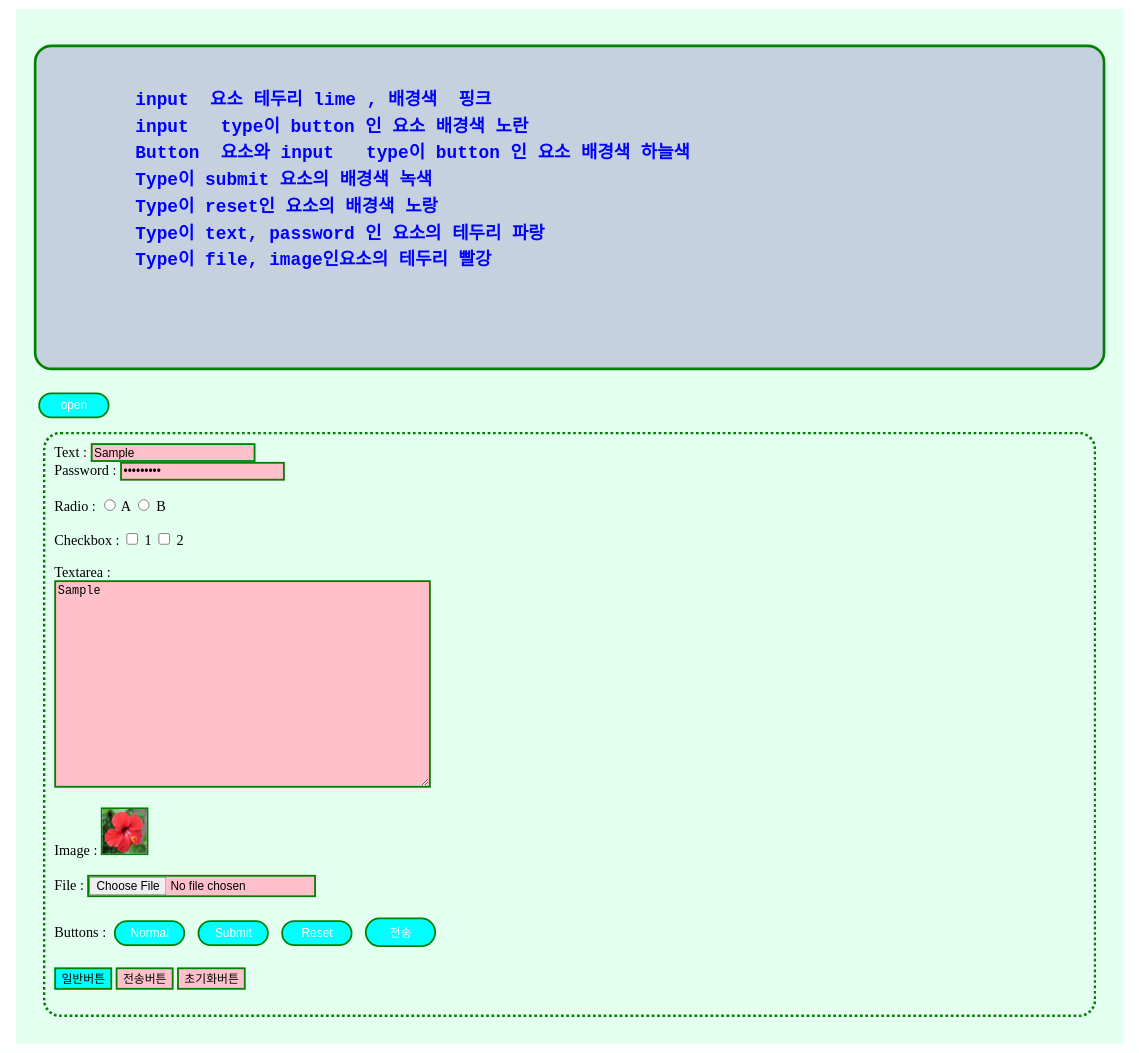
Repository: ypyp0205/jquery
Page: jqpro/WebContent/0211/선택자_form.html
The author's editor kept a copy of each file at every save. The page is drawn from the files as they stood at one save, then again after the next save.
The browser window is 1280 px wide. The pictures show the whole page, at 89% of full size.
Empty fields were first filled with sample values (such as "Sample", 5 or name@example.com).
After loading, the first visible `#btn1` was clicked once.

Above is the page before, as saved 2020-02-11 06:02:29.

### jqpro/WebContent/0211/선택자_form.html
<!DOCTYPE html>
<html>
<head>
<meta charset="UTF-8">
<title>Insert title here</title>
<link rel="stylesheet" href="../CSS/mystyle.css">
<script src="../js/jquery-3.4.1.min.js" type="text/javascript"></script>

<script type="text/javascript">
	$(function(){
		$('#btn1').on('click', function(){

			// input  요소 테두리 lime , 배경색  핑크
				$(':input').css('border', '2px solid green')
					   .css('background', 'pink');

			// input type이 button 인 요소 배경색 노란
				$('input:button').css('background', 'yellow');


			// Button 요소와 input type이 button 인 요소 배경색 하늘색
				$(':button').css('background', 'cyan');


			// Type이 submit 요소의 배경색 녹색



			// Type이 reset인 요소의 배경색 노랑



			// Type이 text, password 인 요소의 테두리 파랑



			// Type이 file, image인요소의 테두리 빨강





		})
	})
</script>
</head>
<body>

	<div class="box">
		<h2></h2>
		<pre>

	input  요소 테두리 lime , 배경색  핑크
	input   type이 button 인 요소 배경색 노란
	Button  요소와 input   type이 button 인 요소 배경색 하늘색
	Type이 submit 요소의 배경색 녹색
	Type이 reset인 요소의 배경색 노랑
	Type이 text, password 인 요소의 테두리 파랑
	Type이 file, image인요소의 테두리 빨강


		</pre>




		<button id="btn1" type="button" >open</button>




		<div id="result1">

			<form action="formtest.jsp" method="post">

				Text : <input type="text" />
				<br>

				Password :
				<input type="password" />
				<br>
				<br>

				Radio :
				<input type="radio" name="radioGroup" id="radioA" value="A" /> A
				<input type="radio" name="radioGroup" id="radioB" value="B" /> B
				<br>
				<br>

				Checkbox :
				<input type="checkbox" name="checkboxes" id="checkbox1" value="1" /> 1
				<input type="checkbox" name="checkboxes" id="checkbox2" value="2" /> 2<br>
				<br>

				Textarea :
				<br>
				<textarea rows="15" cols="50" id="myTextarea" id="myTextarea"></textarea>
				<br>
				<br>

				Image : <input type="image" src="../images/image.1.jpg">
				<br>
				<br> File : <input type="file">
				<br>
				<br>

				Buttons :
				<button type="button" id="normalButton">Normal</button>
				<button type="submit" id="submitButton">Submit</button>
				<button type="reset" id="resetButton">Reset</button>
				<button>전송</button>
				<br>
				<br> <input type="button" value="일반버튼">
				<input type="submit" value="전송버튼">
				<input type="reset" value="초기화버튼">
				<br>
				<br>
			</form>


		</div>
	</div>
</body>
</html>

### jqpro/WebContent/CSS/mystyle.css
@CHARSET "UTF-8";

pre {
	height: auto;
	background: #efffef;
	border: 3px solid green;
	font-size: 20px;
	padding: 10px;
	border-radius: 20px;
}

.box {
	background: #e3ffef;
	margin: 10px;
	height: auto;
	padding: 20px;
}

.box div {
	border: 3px dotted green;
	height: auto;
	margin: 10px;
	padding: 10px;
	border-radius: 20px;
}

.box button {
	color: white;
	background: blue;
	padding: 5px;
	margin: 5px;
	width: 80px;
	border-radius: 40px;
}

.box pre {
	padding: 15px;
	color: blue;
	background: rgb(197, 209, 222);
	line-height: 1.5em;
	font-weight: bold;
	}

Loaded but not shown: jqpro/WebContent/js/jquery-3.4.1.min.js (library)

After the next save:
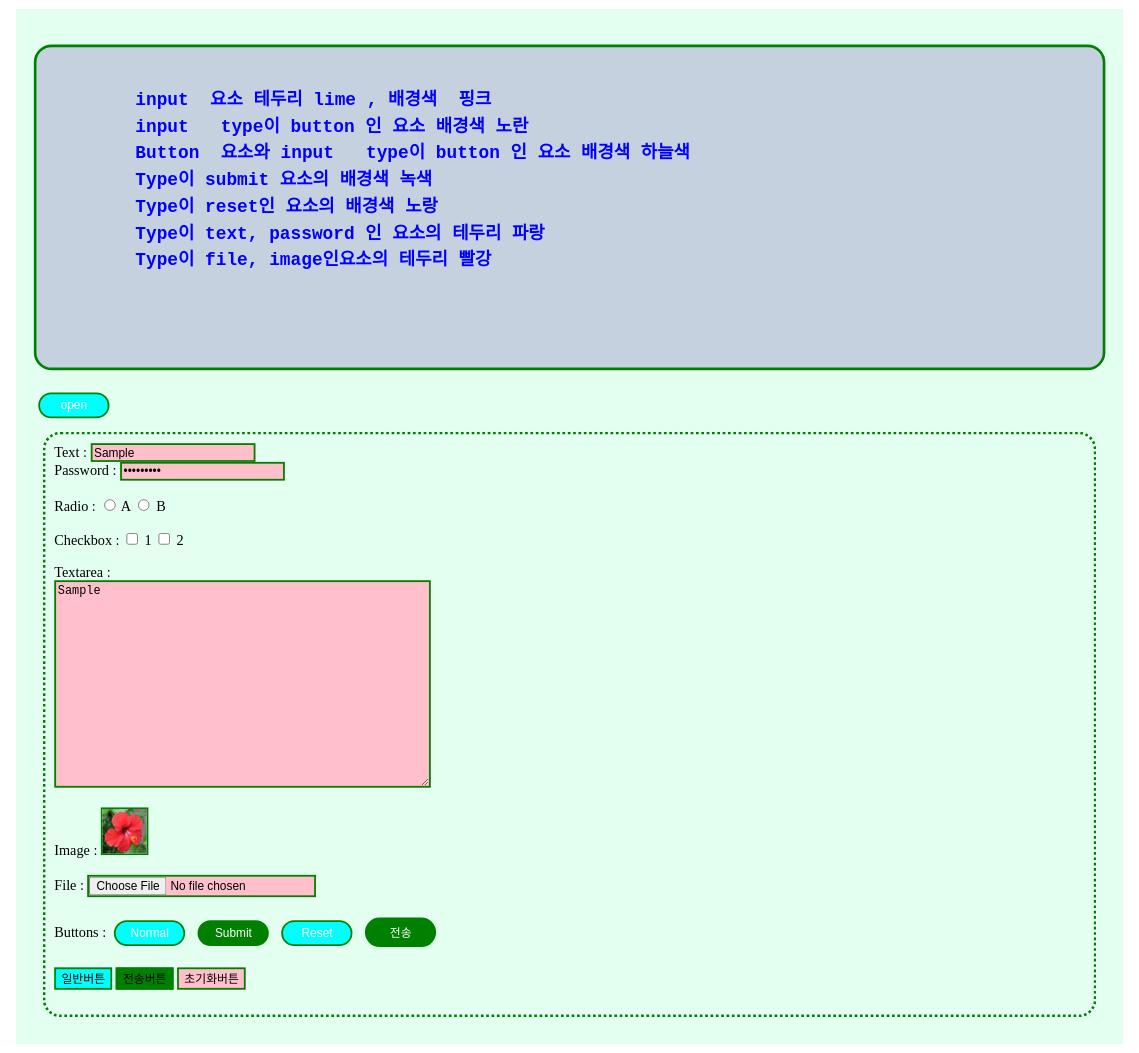
Saved 38 s later.
--- a/jqpro/WebContent/0211/선택자_form.html
+++ b/jqpro/WebContent/0211/선택자_form.html
@@ -23,7 +23,7 @@
 
 
 			// Type이 submit 요소의 배경색 녹색
-
+				$(':submit').css('background', 'green');
 
 
 			// Type이 reset인 요소의 배경색 노랑
